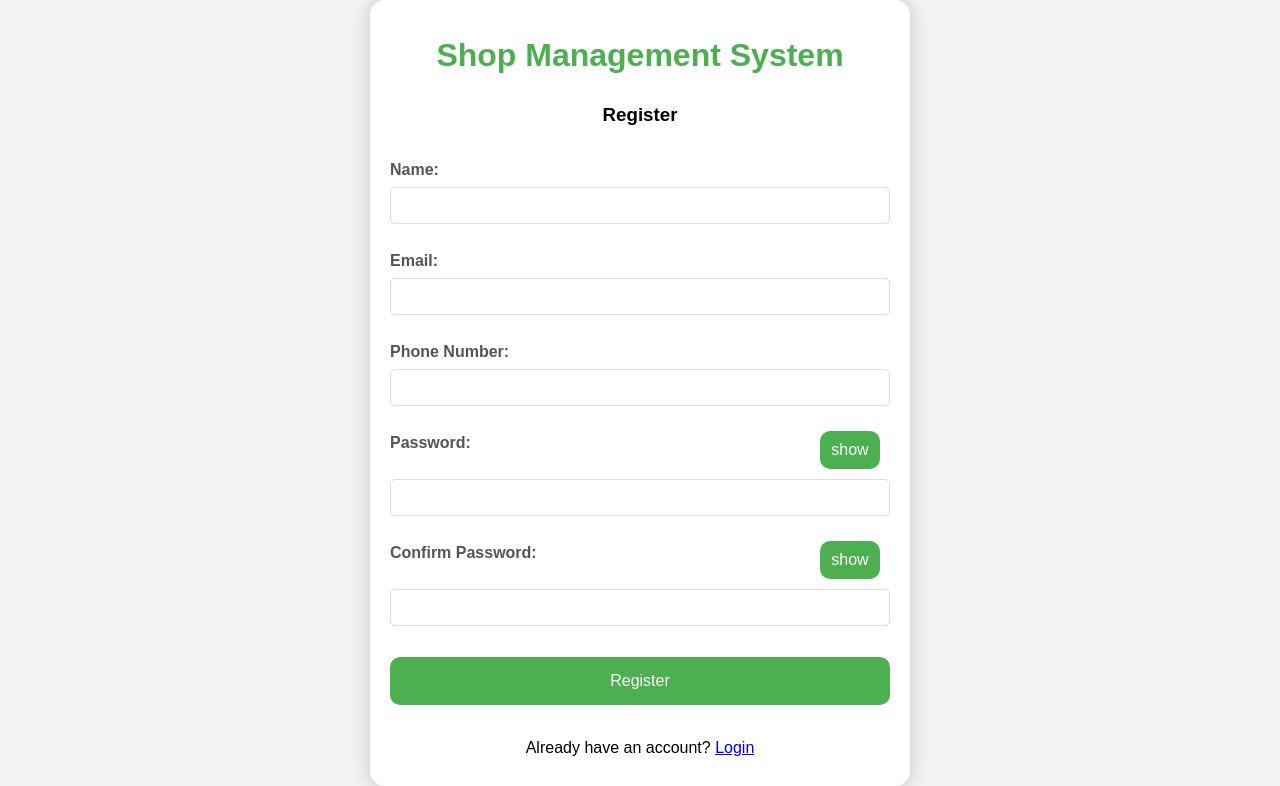
Repository: shamchiwade/GroceryNow
Page: http://localhost/ShopManagement/register.jsp
An editor plug-in stored every save of this project. The page is shown before and after the next save, followed by the edit.
The browser window is 1280 px wide. The pictures show the whole page.
The page is served by Tomcat 10.

Above is the page before, as saved 2024-10-09 21:01:59.

After the next save:
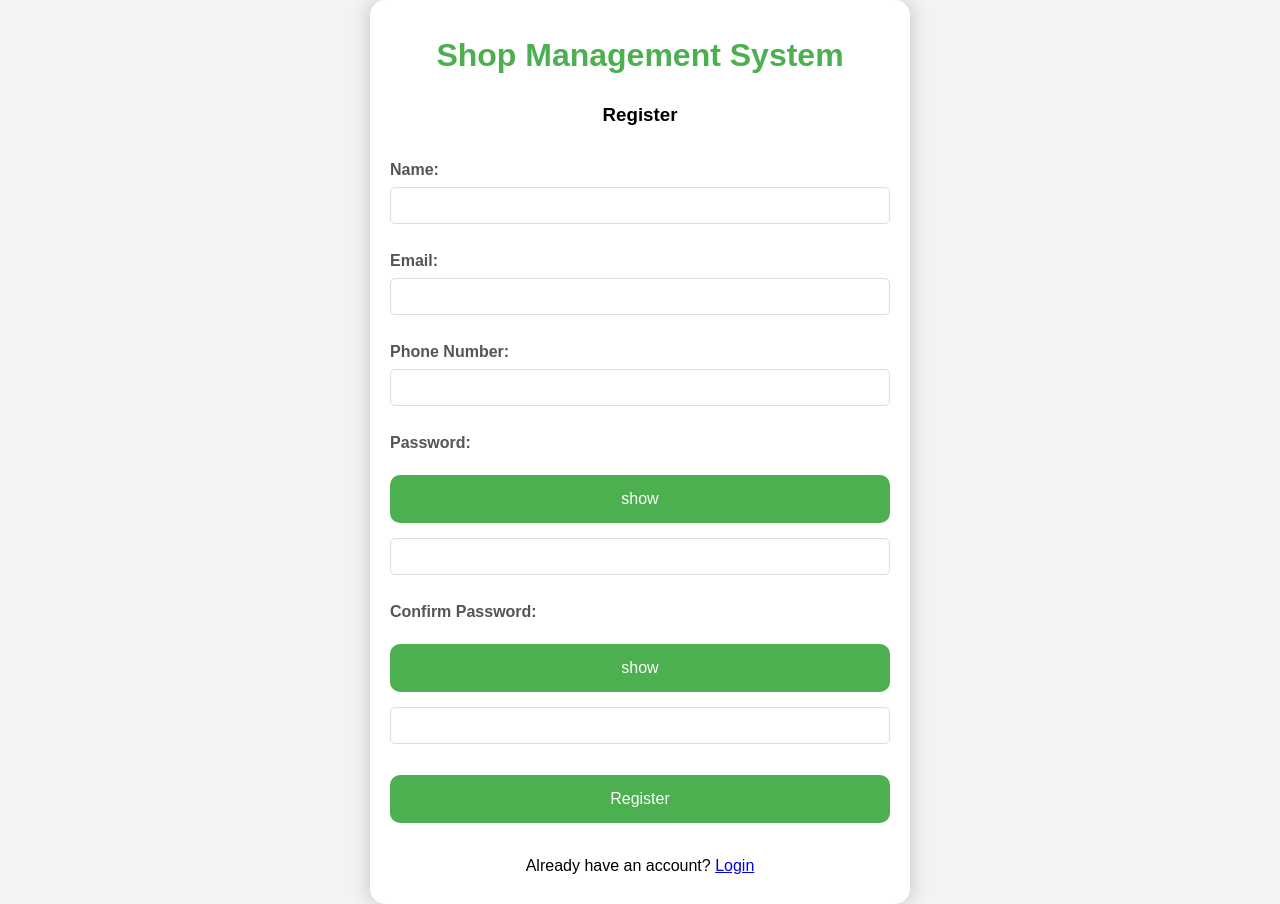
Saved 9 min 14 s later.
--- a/ShopManagement/src/main/webapp/register.jsp
+++ b/ShopManagement/src/main/webapp/register.jsp
@@ -114,13 +114,13 @@
 
 			<div class="passdiv">
 				<label for="password">Password:</label>
-				<button class="pass" onclick="showPass('password')">show</button>
+				<button class="pass1" onclick="showPass('password')">show</button>
 				<input type="password" id="password" name="ps" required class="passinp">
 			</div>
 
 			<div class="passdiv">
 				<label for="confirmPassword">Confirm Password:</label>
-				<button class="pass" onclick="showPass('confirmPassword')">show</button>
+				<button class="pass2" onclick="showPass('confirmPassword')">show</button>
 				<input type="password" id="confirmPassword" name="cps" required
 					class="passinp">
 			</div>
@@ -138,8 +138,7 @@
 			var x = document.getElementById(id);
 			if (x.type === "password") {
 				x.type = "text";
-				var y = document.querySelectorAll("button.pass");
-				y.value = "hide";
+				document.querySelectorAll(".pass1").innerHTML = 'hide';
 			} else {
 				x.type = "password";
 			}

After the save that followed:
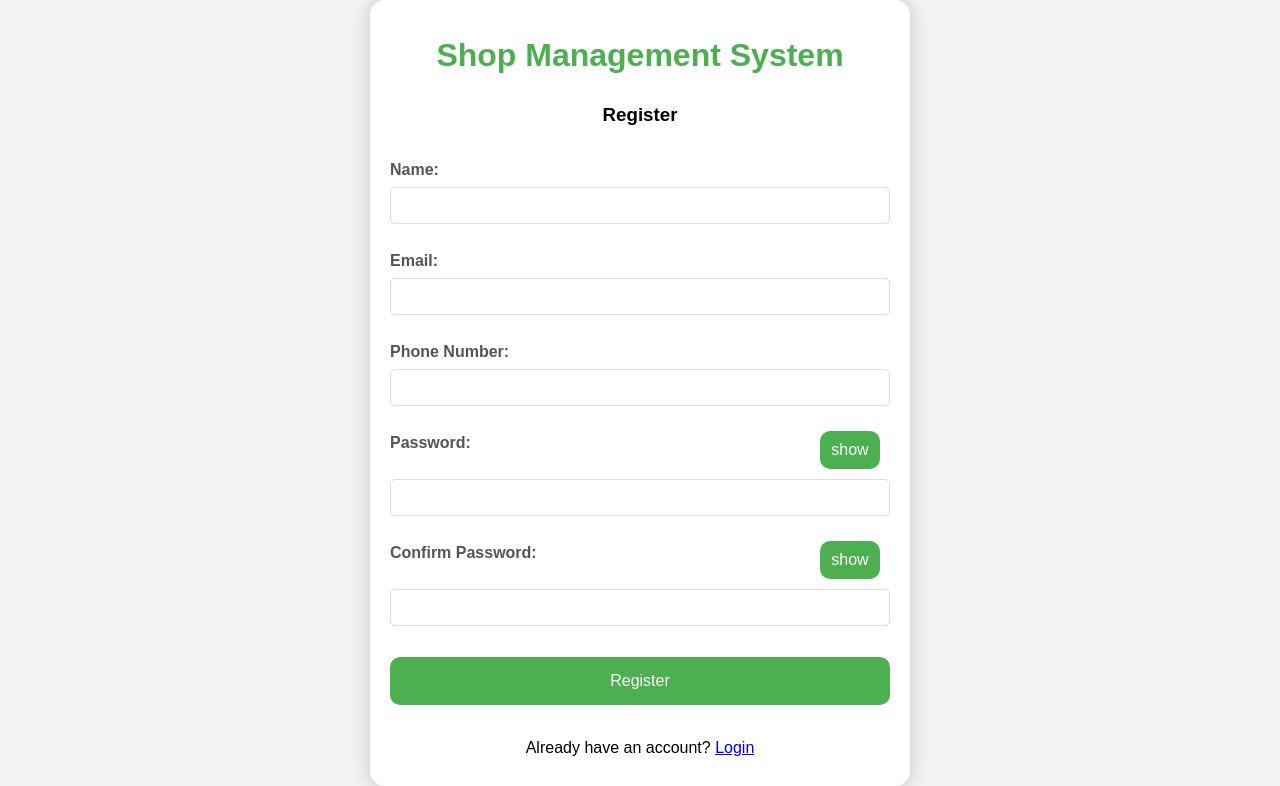
Saved 18 s later.
--- a/ShopManagement/src/main/webapp/register.jsp
+++ b/ShopManagement/src/main/webapp/register.jsp
@@ -114,13 +114,13 @@
 
 			<div class="passdiv">
 				<label for="password">Password:</label>
-				<button class="pass1" onclick="showPass('password')">show</button>
+				<button class="pass1 pass" onclick="showPass('password')">show</button>
 				<input type="password" id="password" name="ps" required class="passinp">
 			</div>
 
 			<div class="passdiv">
 				<label for="confirmPassword">Confirm Password:</label>
-				<button class="pass2" onclick="showPass('confirmPassword')">show</button>
+				<button class="pass2 pass" onclick="showPass('confirmPassword')">show</button>
 				<input type="password" id="confirmPassword" name="cps" required
 					class="passinp">
 			</div>
